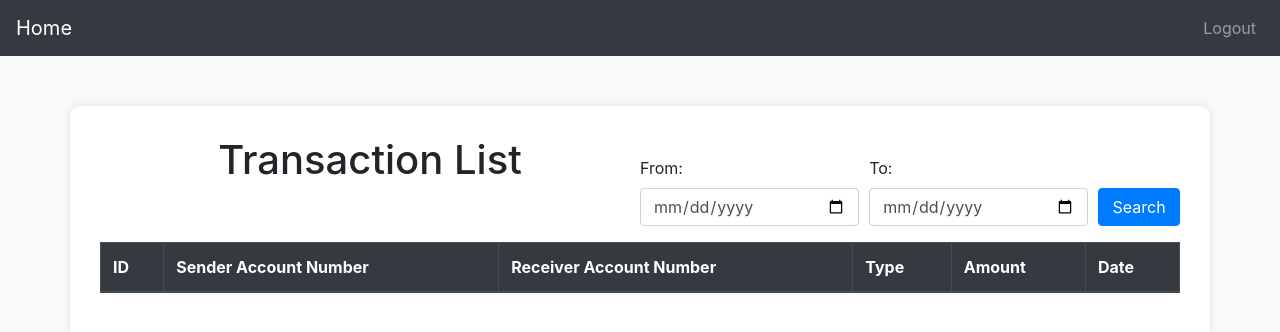
Repository: bhatideepak599/JspServlets
Page: http://localhost/11-bank-application/transactionFile.jsp
These files come from the project's save history. The page is drawn as it stood at one moment and after the next save; the edit follows.
The browser window is 1280 px wide. The pictures show the whole page.
The page is served by Tomcat 9. The template is opened directly, without the code that normally fills it, so the values that code supplies are empty.

Above is the page before, as saved 2024-07-22 13:50:26.

After the next save:
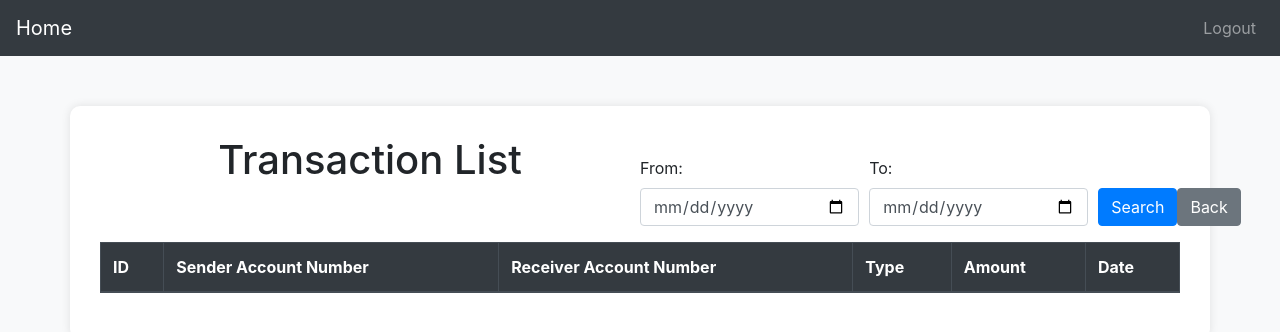
Saved 63 s later.
--- a/11-bank-application/WebContent/transactionFile.jsp
+++ b/11-bank-application/WebContent/transactionFile.jsp
@@ -62,6 +62,7 @@ h1 {
 				</div>
 				<div class="col-md-2 mb-3 d-flex align-items-end">
 					<input type="submit" class="btn btn-primary w-100" value="Search">
+					<button type="button" class="btn btn-secondary" onclick="window.history.back();">Back</button>
 				</div>
 			</div>
 		</form>
